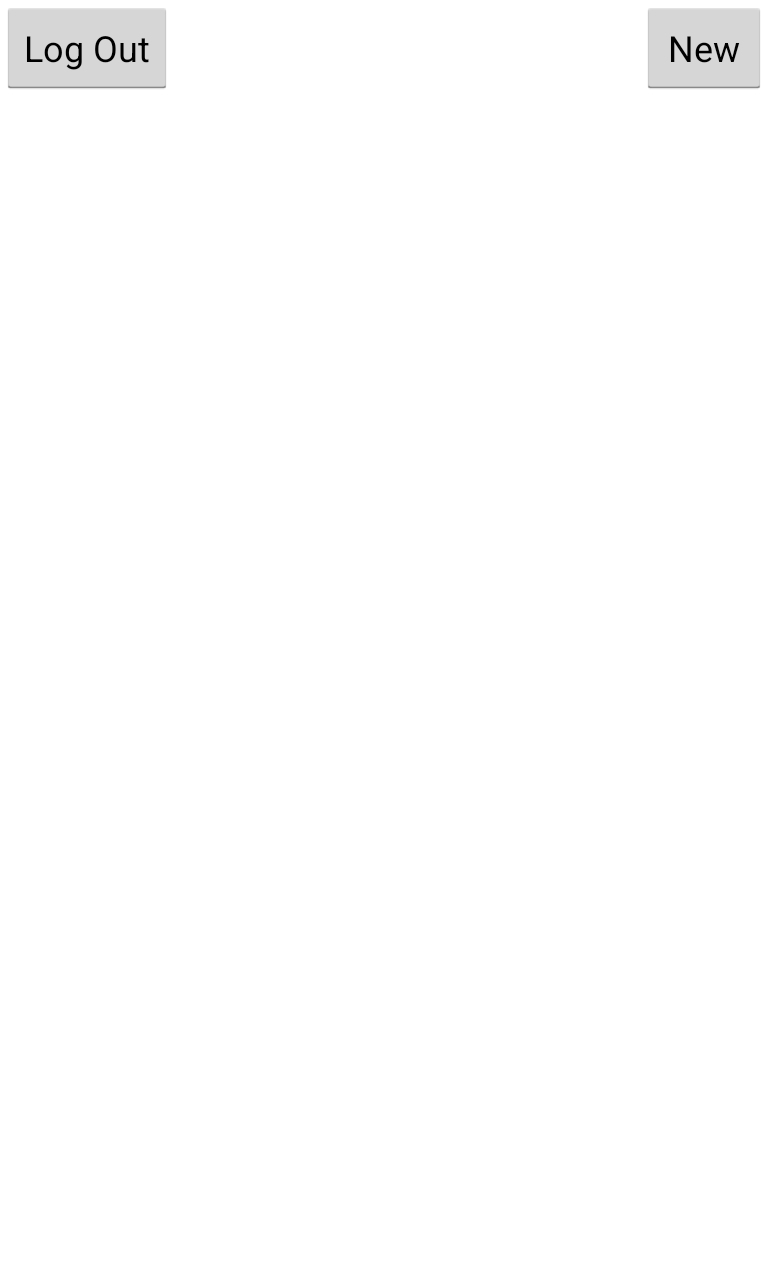
Repository: Dres90/TourngenWS
Layout: APP/Tourngen/res/layout/tournament_list.xml
These files come from the project's save history. The layout is drawn as it stood at one moment and after the next save; the edit follows.
It is drawn on a 768 x 1280 px phone screen (xhdpi) without system bars, with theme AppTheme; the app's code is not run. Lists and similar views that code fills are empty.

Above is the layout before, as saved 2014-04-11 21:35:57.

### APP/Tourngen/res/layout/tournament_list.xml
<?xml version="1.0" encoding="utf-8"?>
<GridLayout xmlns:android="http://schemas.android.com/apk/res/android"
    android:layout_width="match_parent"
    android:layout_height="match_parent"
    android:columnCount="1" >

    <ListView
        android:id="@android:id/list"
        android:layout_width="match_parent"
        android:layout_column="0"
        android:layout_gravity="left|top"
        android:layout_row="3"
        android:text="List" >
    </ListView>

    <Button
        android:id="@+id/logout"
        android:layout_column="0"
        android:layout_gravity="left|top"
        android:layout_row="1"
        android:onClick="logout"
        android:text="@string/log_out" />

    <Button
        android:id="@+id/newTournament"
        android:layout_column="0"
        android:layout_gravity="right|top"
        android:layout_row="1"
        android:text="New" />

</GridLayout>

### APP/Tourngen/res/values/strings.xml
<?xml version="1.0" encoding="utf-8"?>
<resources>

    <string name="app_name">Tourngen</string>
    <string name="hello_world">Hello world!</string>
    <string name="action_settings">Settings</string>
    <string name="log_in">Log in</string>
    <string name="sign_up">Sign Up</string>
    <string name="username">Username</string>
    <string name="password">Password</string>
    <string name="log_out">Log Out</string>
    <string name="sync">Synchronize</string>
    <string name="first_name">First Name</string>
    <string name="last_name">Last Name</string>
    <string name="e_mail">E-mail</string>

</resources>

Loaded but not shown: APP/Tourngen/res/values/styles.xml (common file); APP/Tourngen/res/values-v11/styles.xml (common file); APP/Tourngen/res/values-v14/styles.xml (common file)

After the next save:
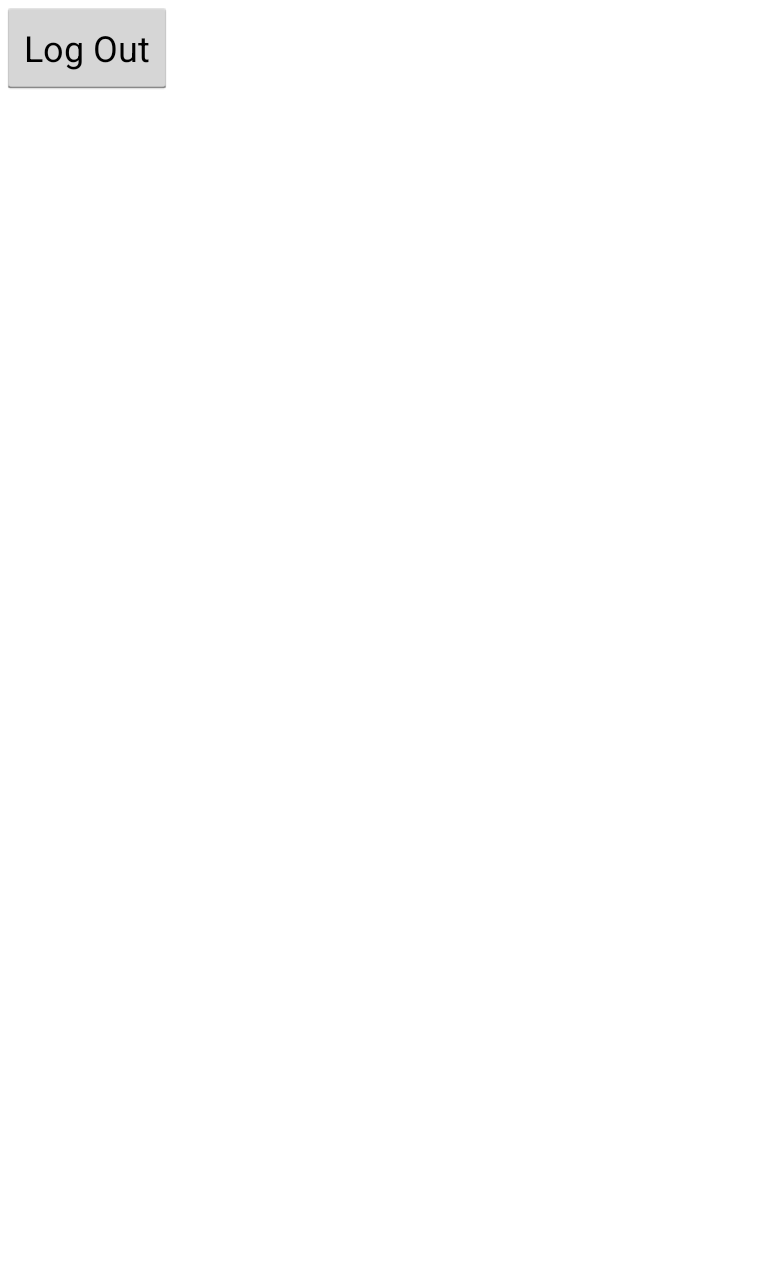
Saved 19 s later.
--- a/APP/Tourngen/res/layout/tournament_list.xml
+++ b/APP/Tourngen/res/layout/tournament_list.xml
@@ -21,11 +21,4 @@
         android:onClick="logout"
         android:text="@string/log_out" />
 
-    <Button
-        android:id="@+id/newTournament"
-        android:layout_column="0"
-        android:layout_gravity="right|top"
-        android:layout_row="1"
-        android:text="New" />
-
 </GridLayout>
